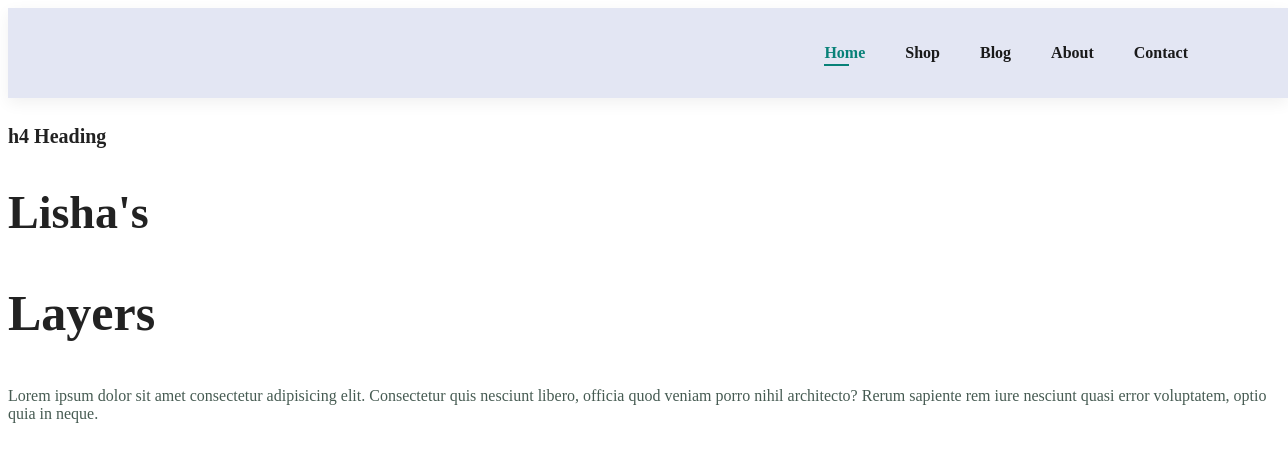
Repository: thecoachanna/lishas-layers
Page: index.html
The author's editor kept a copy of each file at every save. The page is drawn from the files as they stood at one save, then again after a run of saves.
The browser window is 1280 px wide. The page is 1288 px wide, so the pictures cover 1288 px, including what lies to the right of the window. The pictures show the whole page.

Above is the page before, as saved 2023-01-05 15:04:39.

After the next 2 saves:
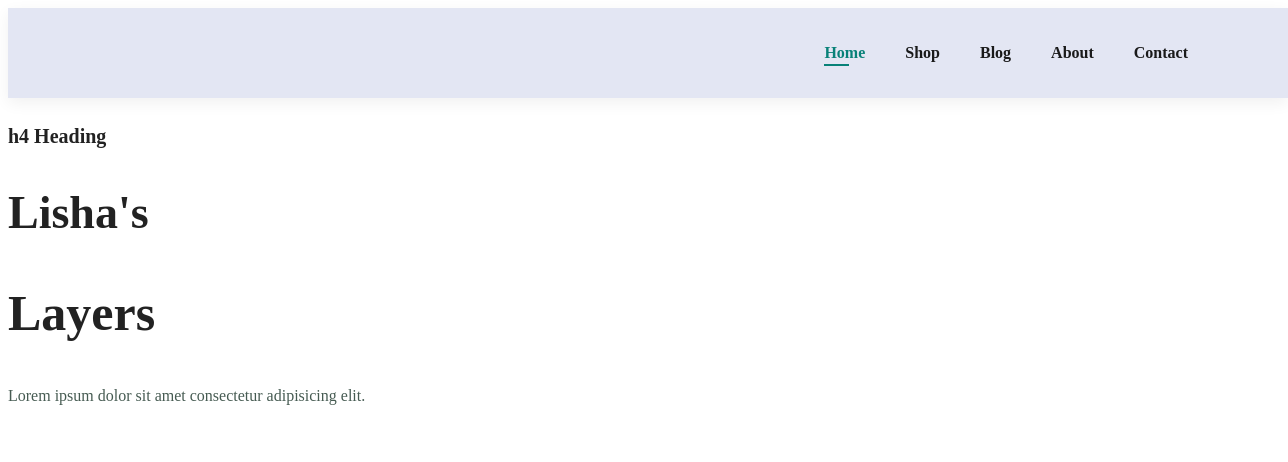
The 2 saves are shown as one change because they came seconds apart.
The last was saved 17 s later.
--- a/index.html
+++ b/index.html
@@ -25,7 +25,7 @@
         <h4>h4 Heading</h4>
         <h2>Lisha's</h2>
         <h1>Layers</h1>
-        <p>Lorem ipsum dolor sit amet consectetur adipisicing elit. Consectetur quis nesciunt libero, officia quod veniam porro nihil architecto? Rerum sapiente rem iure nesciunt quasi error voluptatem, optio quia in neque.</p>
+        <p>Lorem ipsum dolor sit amet consectetur adipisicing elit.</p>
     </section>
     <script src="script.js"></script>
 </body>
